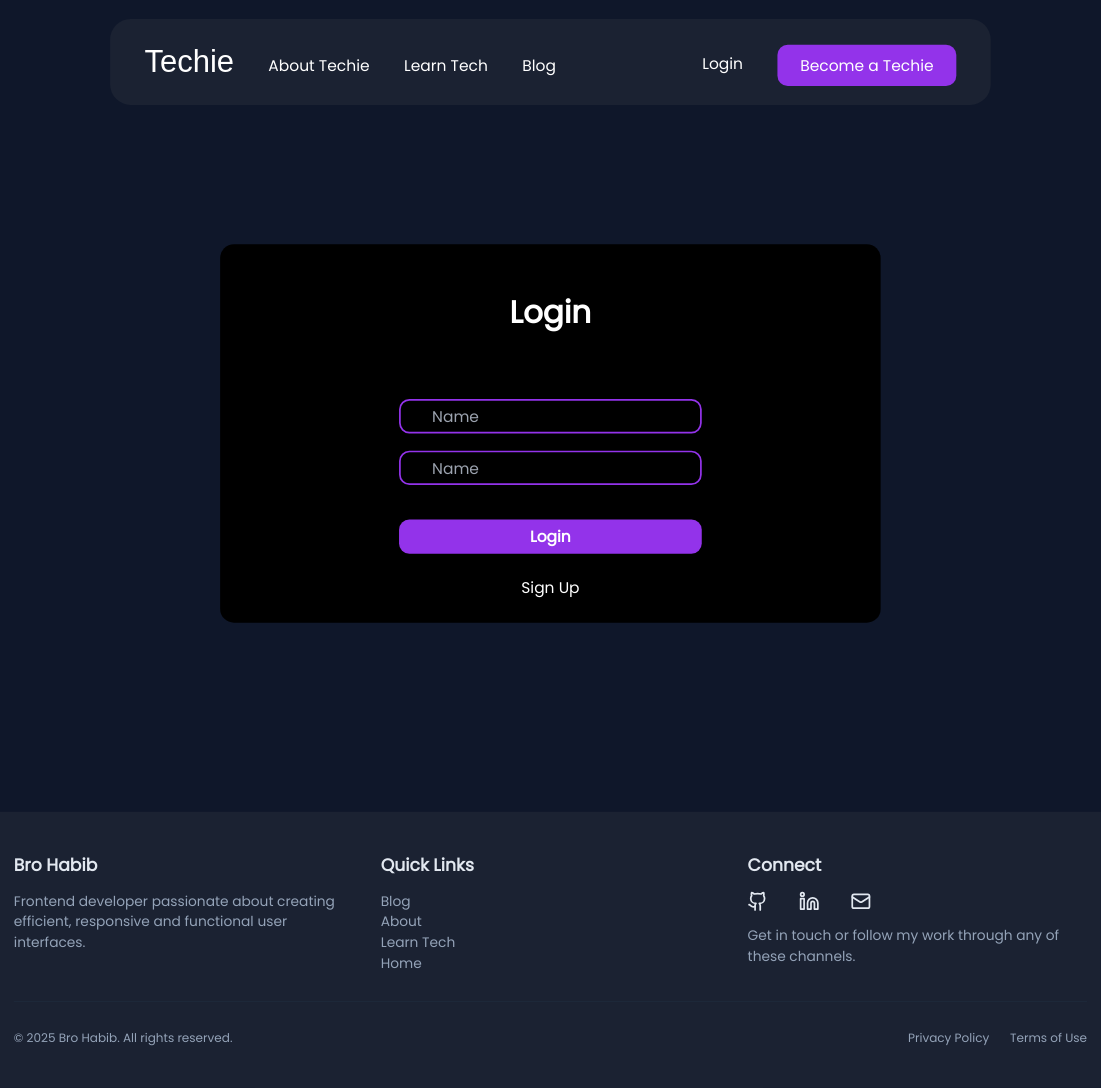
Repository: asadullah48/data-fetch
Page: /login
An editor plug-in stored every save of this project. The page is shown before and after a run of saves, followed by the edit.
The browser window is 1280 px wide. The pictures show the whole page, at 86% of full size.
Some web fonts or font styles are not loaded; a fallback is used. The project was rebuilt for these pictures with package versions that can differ from the ones it lists, and the page was loaded fresh each time. The framework's server and built-in components were replaced by stand-ins that run in the browser. Also part of the build but not shown: next.config.mjs.

Above is the page before, as saved 2025-01-15 12:54:51.

After the next 2 saves:
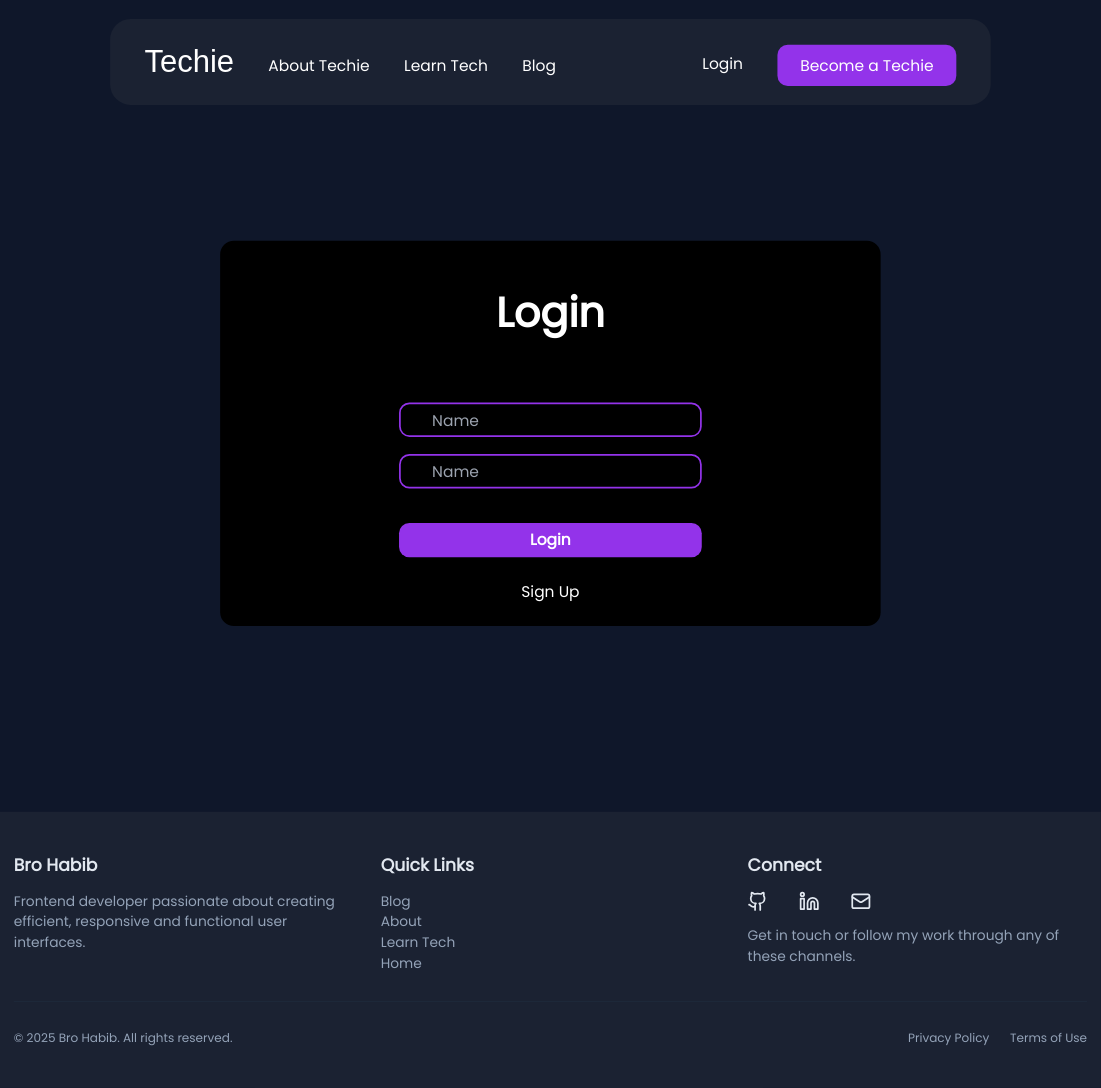
The 2 saves are shown as one change because they came seconds apart.
The last was saved 17 s later.
--- a/src/app/login/page.tsx
+++ b/src/app/login/page.tsx
@@ -6,7 +6,7 @@ export default function LoginPage() {
             <div className="flex flex-col justify-center items-center w-[300px]
             min-[600px]:w-[60%]  bg-black p-5 rounded-2xl">
 
-                <h1 className="text-4xl text-white font-extrabold mt-10 mb-20">Login</h1>
+                <h1 className="text-5xl text-white font-extrabold mt-10 mb-20">Login</h1>
                 <form className="w-full flex flex-col justify-center items-center">
                     {/* inputs */}
                     <div className="w-full flex flex-col justify-center items-center gap-5">
